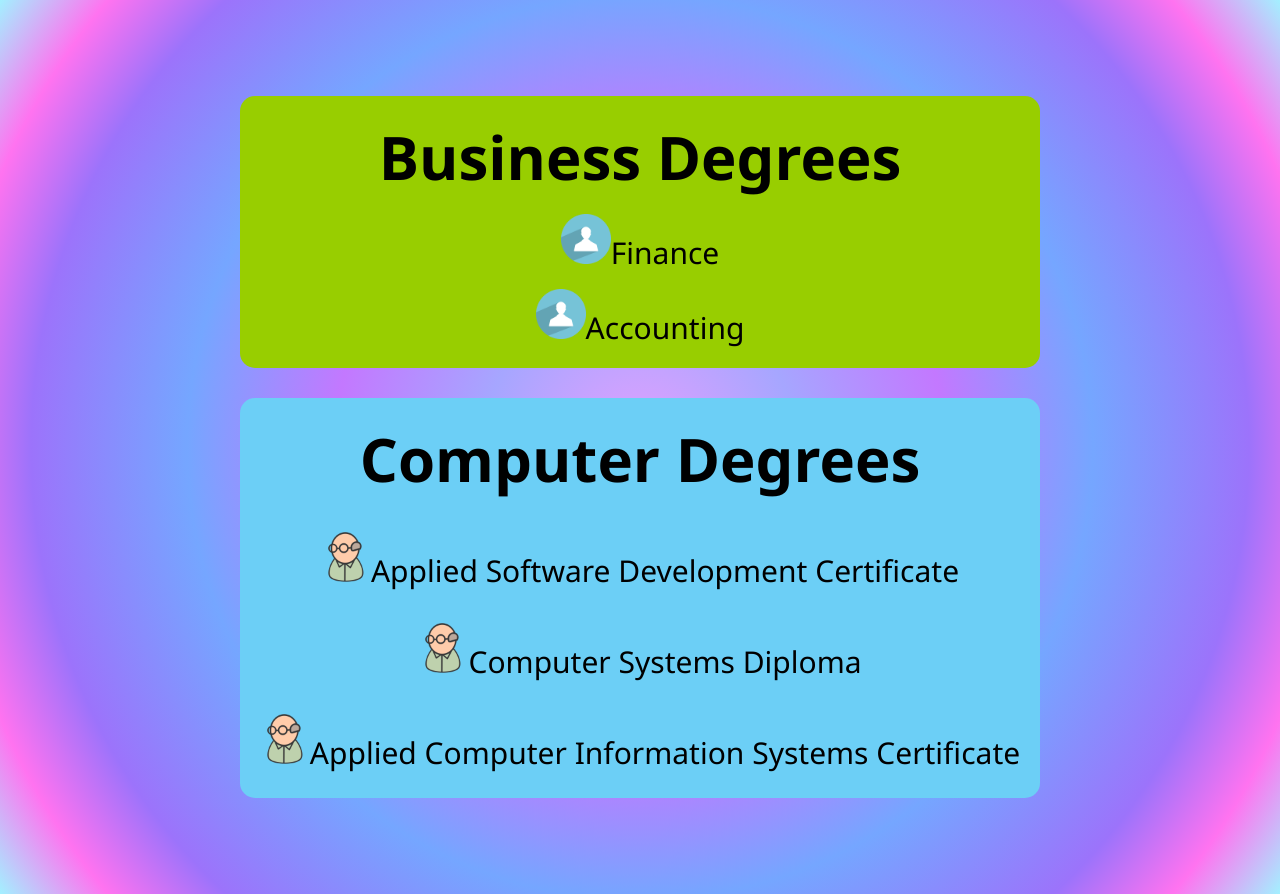
Repository: NeemaToto/mdia2109week3
Page: /
The author's editor kept a copy of each file at every save. The page is drawn from the files as they stood at one save, then again after the next save.
The browser window is 1280 px wide. The pictures show the whole page.
The project was rebuilt for these pictures with package versions that can differ from the ones it lists, and the page was loaded fresh each time. The framework's server and built-in components were replaced by stand-ins that run in the browser. Also part of the build but not shown: next.config.js.

Above is the page before, as saved 2023-01-19 20:27:57.

### pages/index.js
import Head from 'next/head'
import Image from 'next/image'
import { Inter } from '@next/font/google'
import styles from '@/styles/Home.module.css'
import data from '../data/education.json'
import { useState } from 'react'
import Card from '../components/card'
import Link from 'next/link'

const inter = Inter({ subsets: ['latin'] })

export default function Home() {
  console.log(data);
  const [information, setInformation] = useState([...data]);

  return (
    <>
      <Head>
        <title>Departments of School</title>
        <meta name="description" content="Generated by create next app" />
        <meta name="viewport" content="width=device-width, initial-scale=1" />
        <link rel="icon" href="/degree-icon.png" />
      </Head>
      <main className={styles.main}>
        <div className={styles.degrees}>
          <div className={styles.businessContainer}>
            <h1 className={styles.h1business}>Business Degrees</h1>
            {
              information && information.map((info, index) => {
                if (info.department === "Business") {
                  return (
                    <Card key={index} degree={info.degree} colour="#98CE00" font="30px" />
                  )
                }
              })
            }
          </div>
          <div className={styles.computerContainer}>
            <h1>Computer Degrees</h1>
            {
              information && information.map((info, index) => {
                if (info.department === "Computing") {
                  return (
                    <Card key={index} degree={info.degree} colour="#6CCFF6" font="30px" />
                  )
                }
              })
            }
          </div>
        </div>
      </main>
    </>
  )
}

### styles/globals.css
:root {
  --max-width: 1100px;
  --border-radius: 12px;
  --font-mono: ui-monospace, Menlo, Monaco, 'Cascadia Mono', 'Segoe UI Mono',
    'Roboto Mono', 'Oxygen Mono', 'Ubuntu Monospace', 'Source Code Pro',
    'Fira Mono', 'Droid Sans Mono', 'Courier New', monospace;

  --foreground-rgb: 0, 0, 0;
  --background-start-rgb: 214, 219, 220;
  --background-end-rgb: 255, 255, 255;

  --primary-glow: conic-gradient(
    from 180deg at 50% 50%,
    #16abff33 0deg,
    #0885ff33 55deg,
    #54d6ff33 120deg,
    #0071ff33 160deg,
    transparent 360deg
  );
  --secondary-glow: radial-gradient(
    rgba(255, 255, 255, 1),
    rgba(255, 255, 255, 0)
  );

  --tile-start-rgb: 239, 245, 249;
  --tile-end-rgb: 228, 232, 233;
  --tile-border: conic-gradient(
    #00000080,
    #00000040,
    #00000030,
    #00000020,
    #00000010,
    #00000010,
    #00000080
  );

  --callout-rgb: 238, 240, 241;
  --callout-border-rgb: 172, 175, 176;
  --card-rgb: 180, 185, 188;
  --card-border-rgb: 131, 134, 135;
}

@media (prefers-color-scheme: dark) {
  :root {
    --foreground-rgb: 255, 255, 255;
    --background-start-rgb: 0, 0, 0;
    --background-end-rgb: 0, 0, 0;

    --primary-glow: radial-gradient(rgba(1, 65, 255, 0.4), rgba(1, 65, 255, 0));
    --secondary-glow: linear-gradient(
      to bottom right,
      rgba(1, 65, 255, 0),
      rgba(1, 65, 255, 0),
      rgba(1, 65, 255, 0.3)
    );

    --tile-start-rgb: 2, 13, 46;
    --tile-end-rgb: 2, 5, 19;
    --tile-border: conic-gradient(
      #ffffff80,
      #ffffff40,
      #ffffff30,
      #ffffff20,
      #ffffff10,
      #ffffff10,
      #ffffff80
    );

    --callout-rgb: 20, 20, 20;
    --callout-border-rgb: 108, 108, 108;
    --card-rgb: 100, 100, 100;
    --card-border-rgb: 200, 200, 200;
  }
}

* {
  box-sizing: border-box;
  padding: 0;
  margin: 0;
}

html,
body {
  max-width: 100vw;
  overflow-x: hidden;
}

body {
  color: rgb(var(--foreground-rgb));
  background: linear-gradient(
      to bottom,
      transparent,
      rgb(var(--background-end-rgb))
    )
    rgb(var(--background-start-rgb));
}

a {
  color: inherit;
  text-decoration: none;
}

@media (prefers-color-scheme: dark) {
  html {
    color-scheme: dark;
  }
}

### styles/Home.module.css
.main {
  display: flex;
  flex-direction: row;
  justify-content: center;
  align-items: center;
  padding: 6rem;
  min-height: 100vh;
  background: rgb(228,160,255);
  background: radial-gradient(circle, rgba(228,160,255,1) 0%, rgba(166,166,255,1) 20%, rgba(195,120,255,1) 39%, rgba(117,166,255,1) 58%, rgba(156,115,251,1) 78%, rgba(255,115,240,1) 89%, rgba(163,240,255,1) 100%);
}

.description {
  display: inherit;
  justify-content: inherit;
  align-items: inherit;
  font-size: 0.85rem;
  max-width: var(--max-width);
  width: 100%;
  z-index: 2;
  font-family: var(--font-mono);
}

.description a {
  display: flex;
  justify-content: center;
  align-items: center;
  gap: 0.5rem;
}

.description p {
  position: relative;
  margin: 0;
  padding: 1rem;
  background-color: rgba(var(--callout-rgb), 0.5);
  border: 1px solid rgba(var(--callout-border-rgb), 0.3);
  border-radius: var(--border-radius);
}

.code {
  font-weight: 700;
  font-family: var(--font-mono);
}

.grid {
  display: grid;
  grid-template-columns: repeat(4, minmax(25%, auto));
  width: var(--max-width);
  max-width: 100%;
}

.card {
  padding: 1rem 1.2rem;
  border-radius: var(--border-radius);
  background: rgba(var(--card-rgb), 0);
  border: 1px solid rgba(var(--card-border-rgb), 0);
  transition: background 200ms, border 200ms;
}

.card span {
  display: inline-block;
  transition: transform 200ms;
}

.card h2 {
  font-weight: 600;
  margin-bottom: 0.7rem;
}

.card p {
  margin: 0;
  opacity: 0.6;
  font-size: 0.9rem;
  line-height: 1.5;
  max-width: 30ch;
}

.center {
  display: flex;
  justify-content: center;
  align-items: center;
  position: relative;
  padding: 4rem 0;
}

.center::before {
  background: var(--secondary-glow);
  border-radius: 50%;
  width: 480px;
  height: 360px;
  margin-left: -400px;
}

.center::after {
  background: var(--primary-glow);
  width: 240px;
  height: 180px;
  z-index: -1;
}

.center::before,
.center::after {
  content: '';
  left: 50%;
  position: absolute;
  filter: blur(45px);
  transform: translateZ(0);
}

.logo,
.thirteen {
  position: relative;
}

.thirteen {
  display: flex;
  justify-content: center;
  align-items: center;
  width: 75px;
  height: 75px;
  padding: 25px 10px;
  margin-left: 16px;
  transform: translateZ(0);
  border-radius: var(--border-radius);
  overflow: hidden;
  box-shadow: 0px 2px 8px -1px #0000001a;
}

.thirteen::before,
.thirteen::after {
  content: '';
  position: absolute;
  z-index: -1;
}

/* Conic Gradient Animation */
.thirteen::before {
  animation: 6s rotate linear infinite;
  width: 200%;
  height: 200%;
  background: var(--tile-border);
}

/* Inner Square */
.thirteen::after {
  inset: 0;
  padding: 1px;
  border-radius: var(--border-radius);
  background: linear-gradient(
    to bottom right,
    rgba(var(--tile-start-rgb), 1),
    rgba(var(--tile-end-rgb), 1)
  );
  background-clip: content-box;
}

/* Enable hover only on non-touch devices */
@media (hover: hover) and (pointer: fine) {
  .card:hover {
    background: rgba(var(--card-rgb), 0.1);
    border: 1px solid rgba(var(--card-border-rgb), 0.15);
  }

  .card:hover span {
    transform: translateX(4px);
  }
}

@media (prefers-reduced-motion) {
  .thirteen::before {
    animation: none;
  }

  .card:hover span {
    transform: none;
  }
}

/* Mobile */
@media (max-width: 700px) {
  .content {
    padding: 4rem;
  }

  .grid {
    grid-template-columns: 1fr;
    margin-bottom: 120px;
    max-width: 320px;
    text-align: center;
  }

  .card {
    padding: 1rem 2.5rem;
  }

  .card h2 {
    margin-bottom: 0.5rem;
  }

  .center {
    padding: 8rem 0 6rem;
  }

  .center::before {
    transform: none;
    height: 300px;
  }

  .description {
    font-size: 0.8rem;
  }

  .description a {
    padding: 1rem;
  }

  .description p,
  .description div {
    display: flex;
    justify-content: center;
    position: fixed;
    width: 100%;
  }

  .description p {
    align-items: center;
    inset: 0 0 auto;
    padding: 2rem 1rem 1.4rem;
    border-radius: 0;
    border: none;
    border-bottom: 1px solid rgba(var(--callout-border-rgb), 0.25);
    background: linear-gradient(
      to bottom,
      rgba(var(--background-start-rgb), 1),
      rgba(var(--callout-rgb), 0.5)
    );
    background-clip: padding-box;
    backdrop-filter: blur(24px);
  }

  .description div {
    align-items: flex-end;
    pointer-events: none;
    inset: auto 0 0;
    padding: 2rem;
    height: 200px;
    background: linear-gradient(
      to bottom,
      transparent 0%,
      rgb(var(--background-end-rgb)) 40%
    );
    z-index: 1;
  }
}

/* Tablet and Smaller Desktop */
@media (min-width: 701px) and (max-width: 1120px) {
  .grid {
    grid-template-columns: repeat(2, 50%);
  }
}

@media (prefers-color-scheme: dark) {
  .vercelLogo {
    filter: invert(1);
  }

  .logo,
  .thirteen img {
    filter: invert(1) drop-shadow(0 0 0.3rem #ffffff70);
  }
}

@keyframes rotate {
  from {
    transform: rotate(360deg);
  }
  to {
    transform: rotate(0deg);
  }
}

.degrees{
  font-size: 30px;
  text-align: center;
  font-family: 'Segoe UI', Tahoma, Geneva, Verdana, sans-serif;
  display: flex;
  flex-direction: column;
  justify-content: center;
  gap: 30px;
}

.businessContainer{
  display: flex;
  flex-direction: column;
  gap: 1rem;
  padding-bottom: 1rem;
  background-color: #98CE00;
  border-radius: 15px;
  padding: 20px;
}

.computerContainer{
  display: flex;
  flex-direction: column;
  background-color: #6CCFF6;
  gap: 2rem;
  border-radius: 15px;
  height: 25rem;
  padding: 20px;
}

### data/education.json
[
        {
            "studentNumber": "A0004567",
            "firstName": "Person 1",
            "gpa": 3.8,
            "department": "Business",
            "degree": "Finance",
            "graduted": 2014
        },
        {
            "studentNumber": "A0001234",
            "firstName": "Person 2",
            "gpa": 3.5,
            "department": "Business",
            "degree": "Accounting",
            "graduted": 2010
        },
        {
            "studentNumber": "A0007890",
            "firstName": "Person 3",
            "gpa": 3.2,
            "department": "Computing",
            "degree": "Applied Software Development Certificate",
            "graduted": 2018
        },
        {
            "studentNumber": "A0007828",
            "firstName": "Person 4",
            "gpa": 3.9,
            "department": "Computing",
            "degree": "Computer Systems Diploma",
            "graduted": 2021
        },
        {
            "studentNumber": "A0003425",
            "firstName": "Person 5",
            "gpa": 3.2,
            "department": "Computing",
            "degree": "Applied Computer Information Systems Certificate",
            "graduted": 2021
        }
]

### components/card/index.js
export default function Card({
    degree = "none",
    colour = "purple",
    font = 0,
    image = 'icon/personTwo.png'
}){
    return(
        <div style={{backgroundColor: colour, fontSize: font}}>
            {
                colour === "#98CE00" ? <img src={'icon/person.png'} width="50"/> :
                colour === "#6CCFF6" ? <img src={'icon/personThree.png'} width="50"/> :
                                    <img src={image} width="50"/>
            }
            {degree}
        </div>
    )
}

Loaded but not shown: pages/_app.js (common file); pages/_document.js (common file)

After the next save:
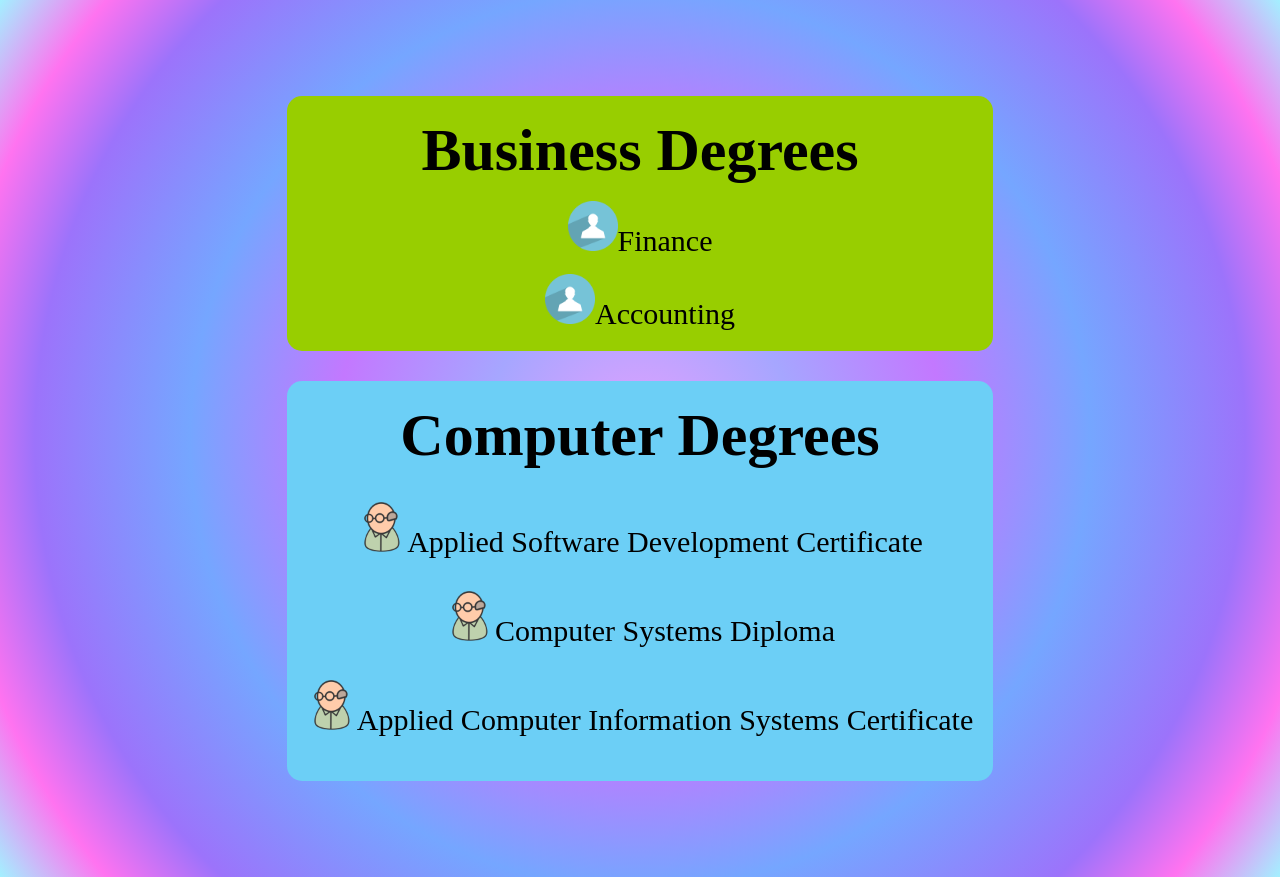
Saved 19 s later.
--- a/styles/Home.module.css
+++ b/styles/Home.module.css
@@ -282,7 +282,7 @@
 .degrees{
   font-size: 30px;
   text-align: center;
-  font-family: 'Segoe UI', Tahoma, Geneva, Verdana, sans-serif;
+
   display: flex;
   flex-direction: column;
   justify-content: center;

After the save that followed:
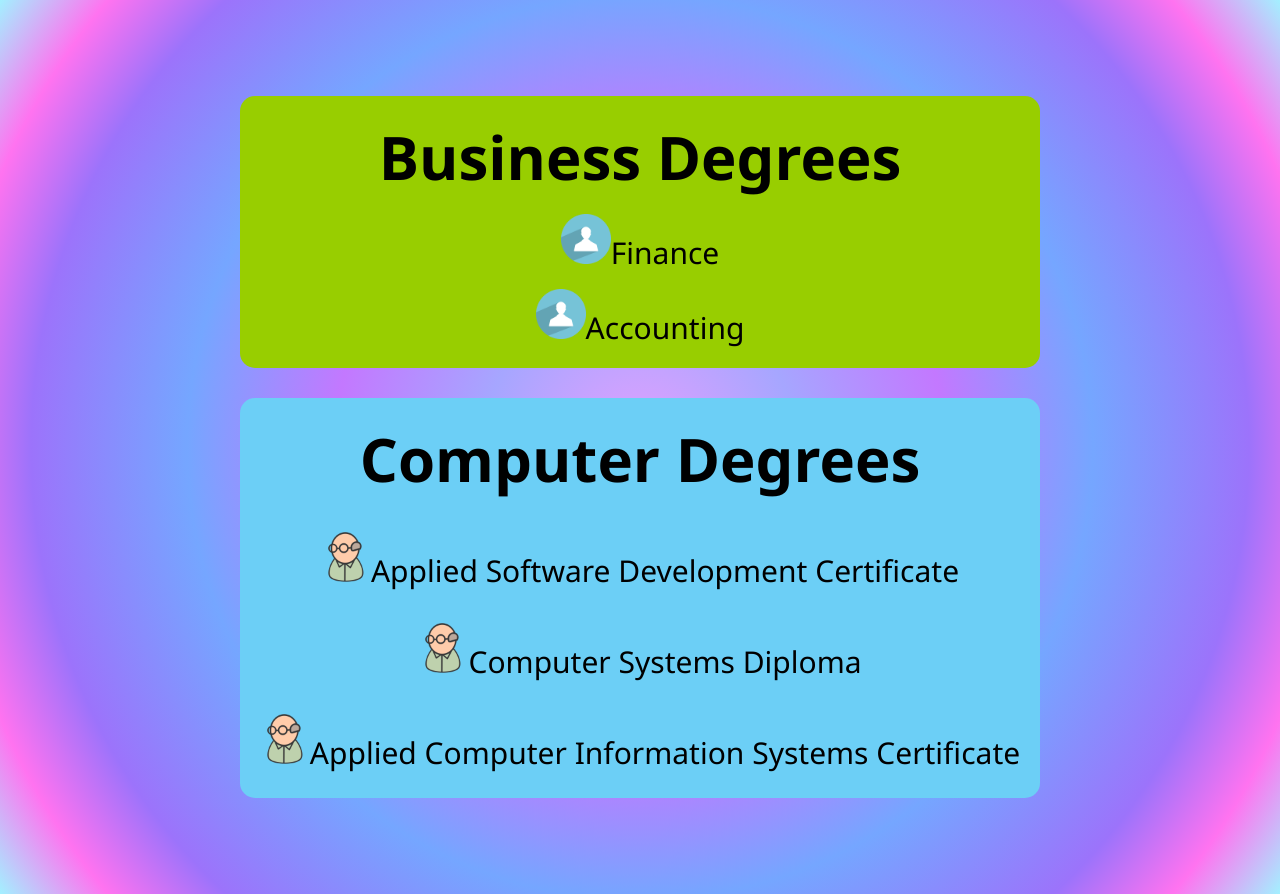
Saved 4 s later.
--- a/styles/Home.module.css
+++ b/styles/Home.module.css
@@ -282,7 +282,7 @@
 .degrees{
   font-size: 30px;
   text-align: center;
-
+  font-family: 'Segoe UI', Tahoma, Geneva, Verdana, sans-serif;
   display: flex;
   flex-direction: column;
   justify-content: center;
